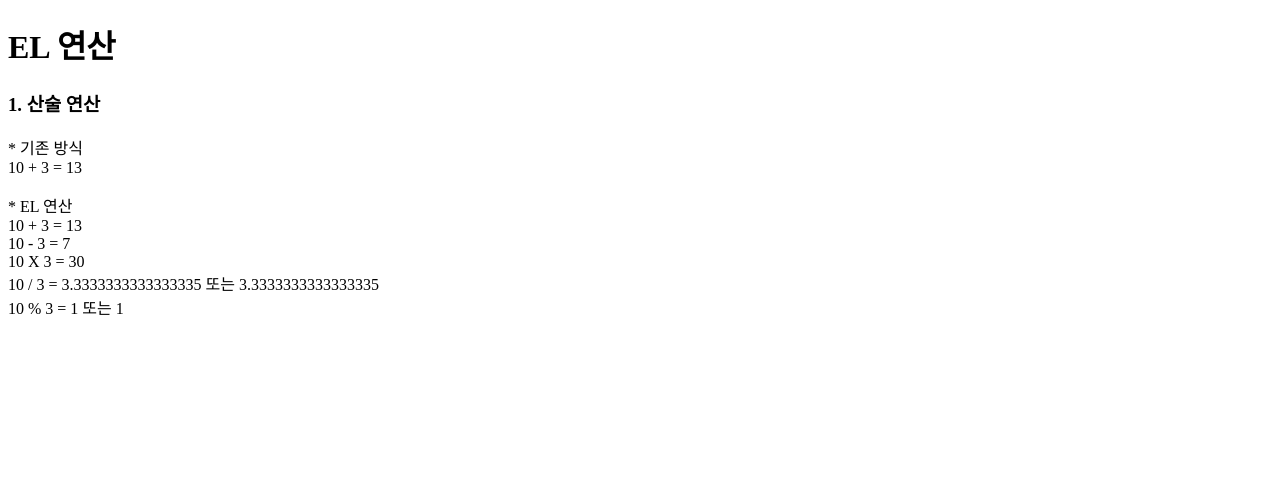
Repository: DonghwanSon1/ajax-jsp-study
Page: http://localhost/ActionProject/operation.do
An editor plug-in stored every save of this project. The page is shown before and after the next save, followed by the edit.
The browser window is 1280 px wide. The pictures show the whole page.
The page is served by Tomcat 9.

Above is the page before, as saved 2022-07-12 02:31:15.

After the next save:
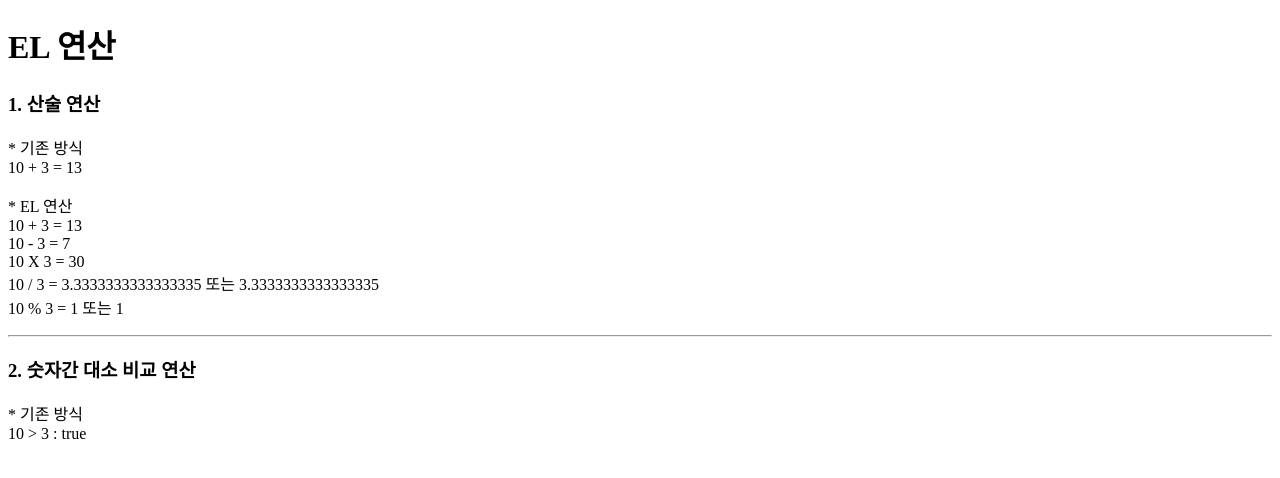
Saved 2 min 44 s later.
--- a/ActionProject/WebContent/views/1_EL/01_elOperation.jsp
+++ b/ActionProject/WebContent/views/1_EL/01_elOperation.jsp
@@ -26,6 +26,14 @@
 		10 % 3 = ${ big % small } 또는 ${ big mod small }<br>
 	</p>
 
+	<hr>
+
+	<h3>2. 숫자간 대소 비교 연산</h3>
+
+	<p>
+		* 기존 방식 <br>
+		10 > 3 : <%= (int)request.getAttribute("big") > (int)request.getAttribute("small") %>
+	</p>
 
 
 
